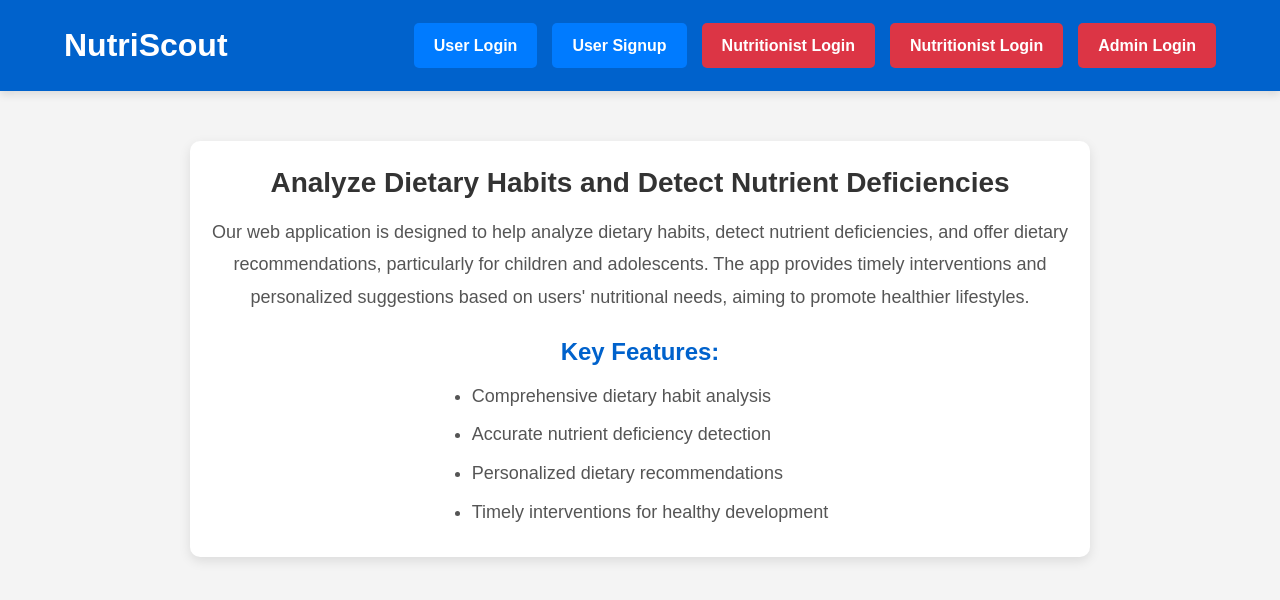
Repository: chaitanyasivathmika/NutrientDiet
Page: http://localhost/NutrientDiet/home.jsp
These files come from the project's save history. The page is drawn as it stood at one moment and after the next save; the edit follows.
The browser window is 1280 px wide. The pictures show the whole page.
The page is served by Tomcat 10. Other server files are loaded and not shown.

Above is the page before, as saved 2024-11-16 16:58:58.

### NutrientDiet/src/main/webapp/home.jsp
<%@ page language="java" contentType="text/html; charset=UTF-8"
    pageEncoding="UTF-8"%>
<!DOCTYPE html>
<html lang="en">
<head>
    <meta charset="UTF-8">
    <meta name="viewport" content="width=device-width, initial-scale=1.0">
    <title>Home</title>
    <style>
        /* General Styling */
* {
    margin: 0;
    padding: 0;
    box-sizing: border-box;
}

body {
    font-family: 'Arial', sans-serif;
    background-color: #f4f4f4;
    color: #333;
    line-height: 1.6;
}

/* Header and Navigation Bar */
header {
    background-color: #0062cc;
    color: white;
    padding: 20px 0;
    box-shadow: 0 4px 8px rgba(0, 0, 0, 0.1);
    text-align: center;
}

.nav-bar {
    display: flex;
    justify-content: space-between;
    align-items: center;
    width: 90%;
    max-width: 1200px;
    margin: auto;
}

.logo h1 {
    font-size: 32px;
    font-weight: bold;
}

.nav-links {
    display: flex;
    gap: 15px;
}

.nav-links .button {
    background-color: #007bff;
    color: white;
    padding: 10px 20px;
    text-decoration: none;
    border-radius: 5px;
    font-weight: bold;
    transition: background-color 0.3s ease;
}

.nav-links .button:hover {
    background-color: #0056b3;
}

.nav-links .admin {
    background-color: #dc3545;
}

.nav-links .admin:hover {
    background-color: #c82333;
}

/* Main Content */
main {
    padding: 20px;
    max-width: 900px;
    margin: 50px auto;
    text-align: center;
    background-color: white;
    box-shadow: 0 4px 12px rgba(0, 0, 0, 0.1);
    border-radius: 10px;
}

.intro {
    margin-bottom: 20px;
}

.intro h2 {
    font-size: 28px;
    color: #333;
    margin-bottom: 10px;
}

.intro p {
    font-size: 18px;
    line-height: 1.8;
    color: #555;
}

.features {
    margin-top: 20px;
}

.features h3 {
    font-size: 24px;
    color: #0062cc;
    margin-bottom: 10px;
}

.features ul {
    list-style-type: disc;
    margin-left: 20px;
    text-align: left;
    display: inline-block;
}

.features li {
    font-size: 18px;
    margin-bottom: 10px;
    color: #555;
}

/* Footer */
footer {
    text-align: center;
    padding: 10px 0;
    background-color: #0062cc;
    color: white;
    margin-top: 50px;
}

    </style>
</head>
<body>
    <header>
        <div class="nav-bar">
            <div class="logo">
                <h1>NutriScout</h1>
            </div>
            <div class="nav-links">
                <a href="userlogin" class="button">User Login</a>
                <a href="userreg" class="button">User Signup</a>
                <a href="nusignup" class="button admin">Nutritionist Login</a>
                <a href="nulogin" class="button admin">Nutritionist Login</a>
                <a href="adminlogin" class="button admin">Admin Login</a>
            </div>
        </div>
    </header>

    <main>
        <section class="intro">
            <h2>Analyze Dietary Habits and Detect Nutrient Deficiencies</h2>
            <p>
                Our web application is designed to help analyze dietary habits, detect nutrient deficiencies,
                and offer dietary recommendations, particularly for children and adolescents.
                The app provides timely interventions and personalized suggestions based on users' nutritional needs,
                aiming to promote healthier lifestyles.
            </p>
        </section>

        <section class="features">
            <h3>Key Features:</h3>
            <ul>
                <li>Comprehensive dietary habit analysis</li>
                <li>Accurate nutrient deficiency detection</li>
                <li>Personalized dietary recommendations</li>
                <li>Timely interventions for healthy development</li>
            </ul>
        </section>
    </main>


</body>
</html>

After the next save:
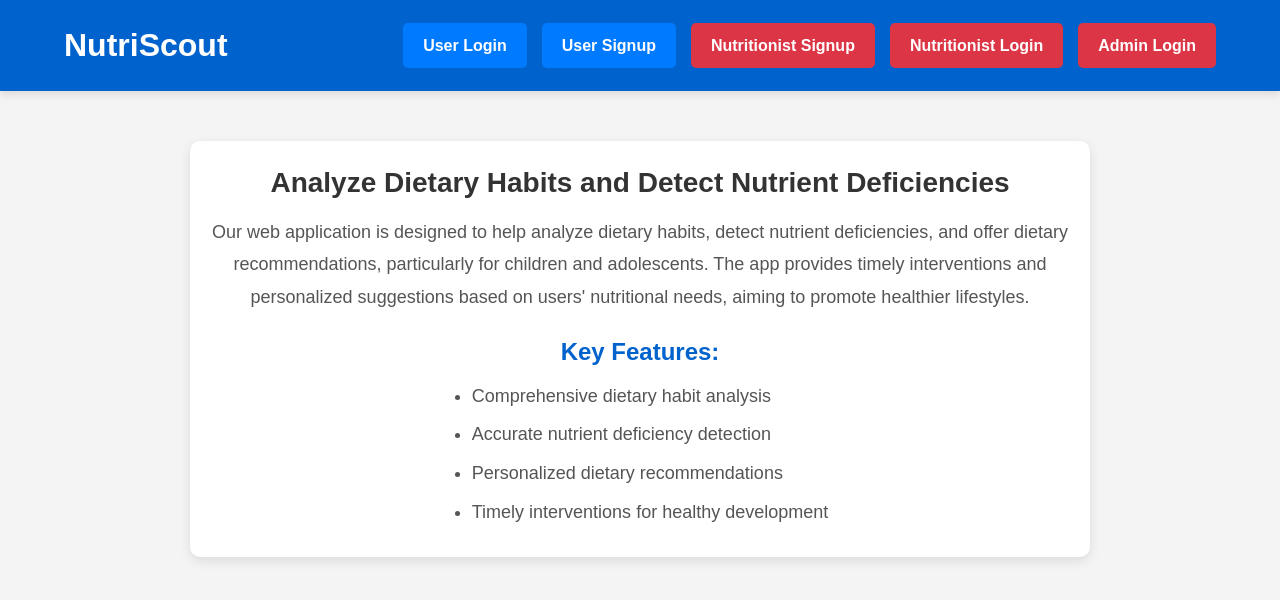
Saved 29 s later.
--- a/NutrientDiet/src/main/webapp/home.jsp
+++ b/NutrientDiet/src/main/webapp/home.jsp
@@ -141,7 +141,7 @@ footer {
             <div class="nav-links">
                 <a href="userlogin" class="button">User Login</a>
                 <a href="userreg" class="button">User Signup</a>
-                <a href="nusignup" class="button admin">Nutritionist Login</a>
+                <a href="nusignup" class="button admin">Nutritionist Signup</a>
                 <a href="nulogin" class="button admin">Nutritionist Login</a>
                 <a href="adminlogin" class="button admin">Admin Login</a>
             </div>
